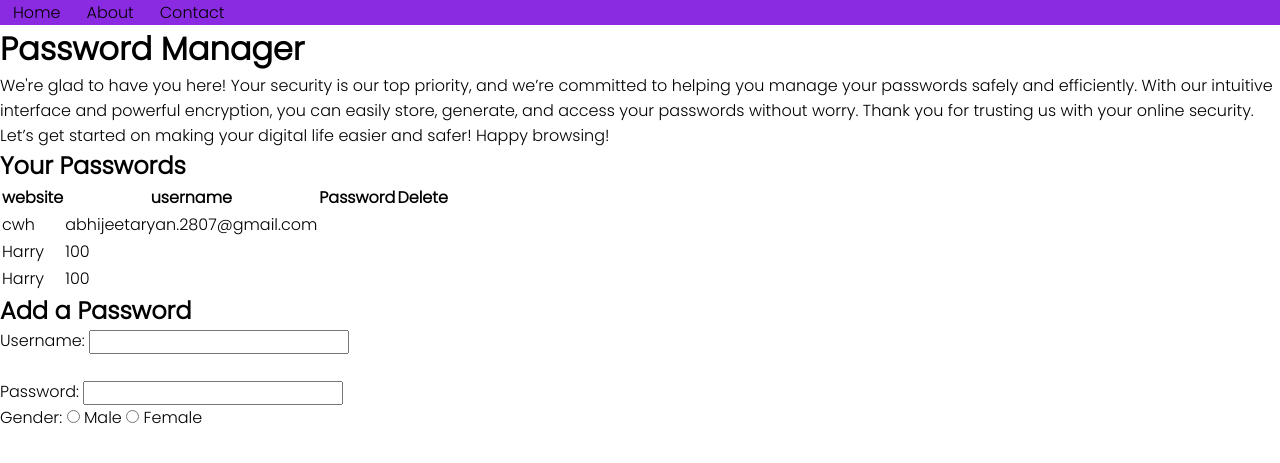
Repository: Abhi2807ar/PASSWORD-MANAGER
Page: index.html
The author's editor kept a copy of each file at every save. The page is drawn from the files as they stood at one save, then again after the next save.
The browser window is 1280 px wide. The pictures show the whole page.

Above is the page before, as saved 2024-10-14 14:46:37.

### index.html
<!DOCTYPE html>
<html lang="en">
<head>
    <meta charset="UTF-8">
    <meta name="viewport" content="width=device-width, initial-scale=1.0">
    <title>Documentx</title>
    <style>
@import url('https://fonts.googleapis.com/css2?family=Poppins:wght@200;300&display=swap');
*{
    margin:0;
    padding:0;
    font-family: "Poppins", sans-serif;;
 }
 nav{ background-color: blueviolet;
 }
 ul{
    display:flex;

 }
 ul li{
    list-style:none;
margin:0 13px;
 }
 table tr{
    border:2px solid black

 }
td{

}
</style>

</head>

<body>
    <nav>
        <ul>
            <li>Home</li>
            <li>About</li>
            <li>Contact</li>

        </ul>

    </nav>
    <div class="'container">
        <h1>Password Manager</h1>
        <p> We're glad to have you here! Your security is our top priority,
             and we’re committed to helping you manage your passwords safely and efficiently.
              With our intuitive interface and powerful encryption, you can easily store, generate, and access your passwords without worry.
Thank you for trusting us with your online security. Let’s get started on making your digital life easier and safer!
Happy browsing!
        </p>
        <h2>Your Passwords</h2>
        <table>
            <tr>
              <th>website</th>
              <th>username</th>
              <th>Password</th>
              <th>Delete</th>
            </tr>
            <tr>
              <td>cwh</td>
              <td>abhijeetaryan.2807@gmail.com</td>
            </tr>
            <tr>
                <td>Harry</td>
                <td>100</td>
              </tr>
              <tr>
                <td>Harry</td>
                <td>100</td>
              </tr>
          </table>
        <h2>Add a Password</h2>
        <form action="/submit" method="post">
            <!-- Text input for username -->
            <label for="username">Username:</label>
            <input type="text" id="username" name="username" required>
            <br><br>

            <!-- Password input -->
            <label for="password">Password:</label>
            <input type="password" id="password" name="password" required>
            <br>

            <!-- Radio buttons for gender -->
            <label>Gender:</label>
            <input type="radio" id="male" name="gender" value="male">
            <label for="male">Male</label>
            <input type="radio" id="female" name="gender" value="female">
            <label for="female">Female</label>
    </div>


</body>
</html>

After the next save:
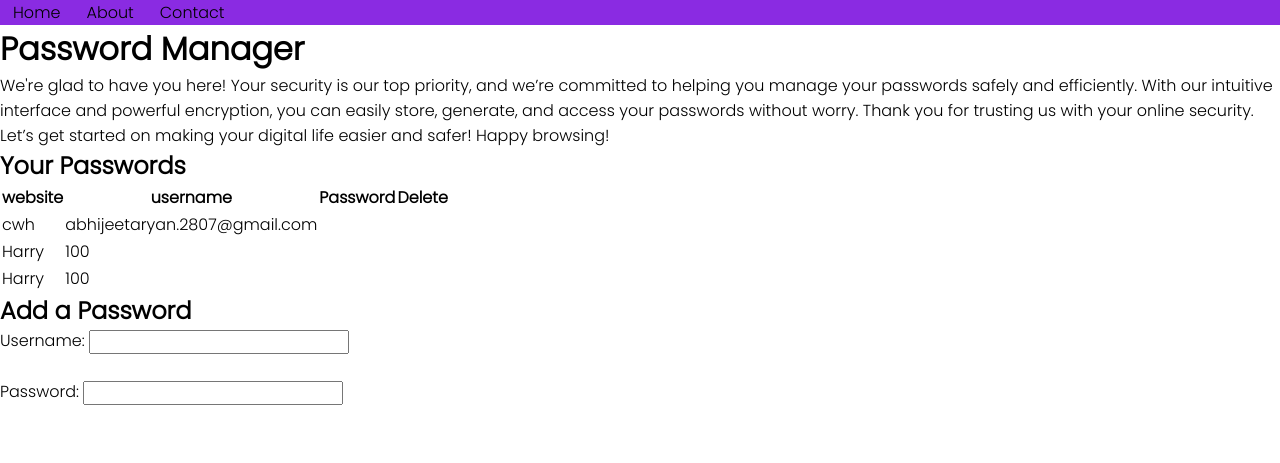
Saved 24 s later.
--- a/index.html
+++ b/index.html
@@ -83,12 +83,7 @@ Happy browsing!
             <input type="password" id="password" name="password" required>
             <br>
 
-            <!-- Radio buttons for gender -->
-            <label>Gender:</label>
-            <input type="radio" id="male" name="gender" value="male">
-            <label for="male">Male</label>
-            <input type="radio" id="female" name="gender" value="female">
-            <label for="female">Female</label>
+
     </div>
 
 
